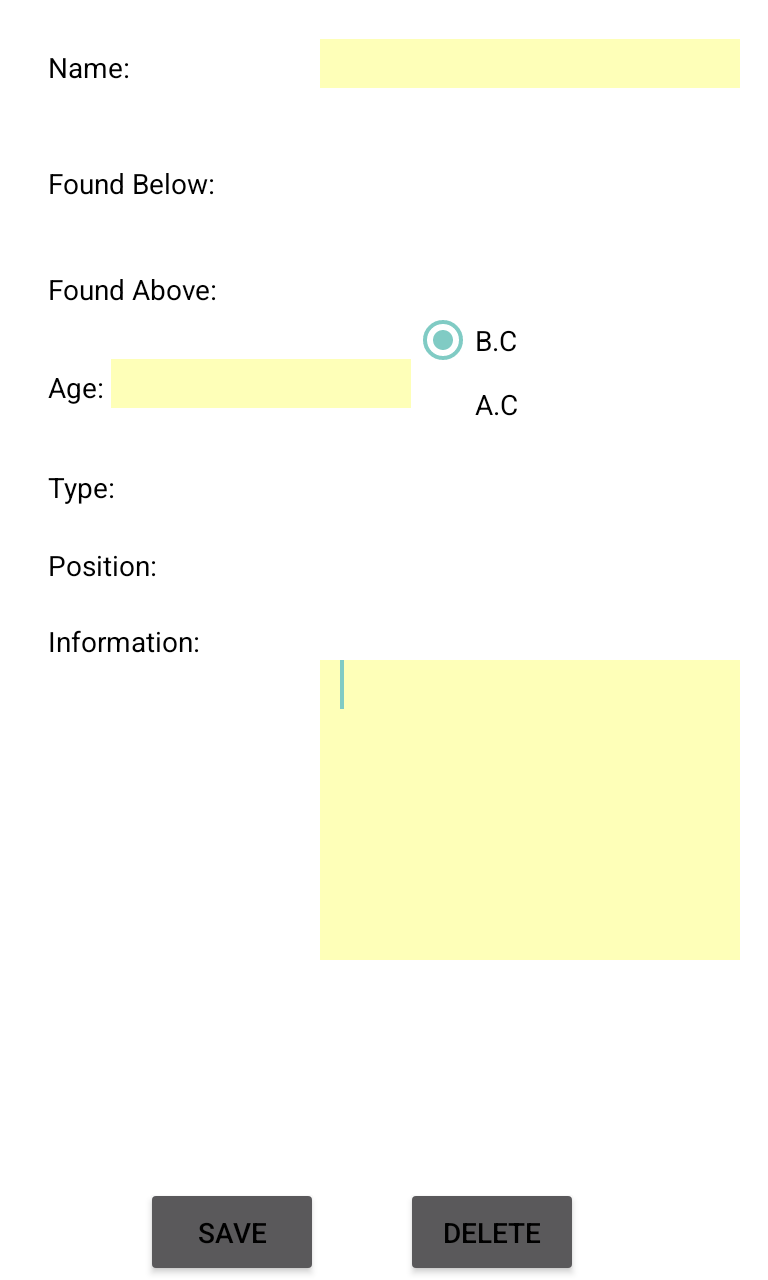
Repository: qfornaguera/AppQuelogy
Layout: AppQueology/res/layout/activity_artifact.xml
These files come from the project's save history. The layout is drawn as it stood at one moment and after the next save; the edit follows.
It is drawn on a 768 x 1280 px phone screen (xhdpi) without system bars, with theme Theme.AppCompat; the app's code is not run.

Above is the layout before, as saved 2014-05-26 21:30:58.

After the next save:
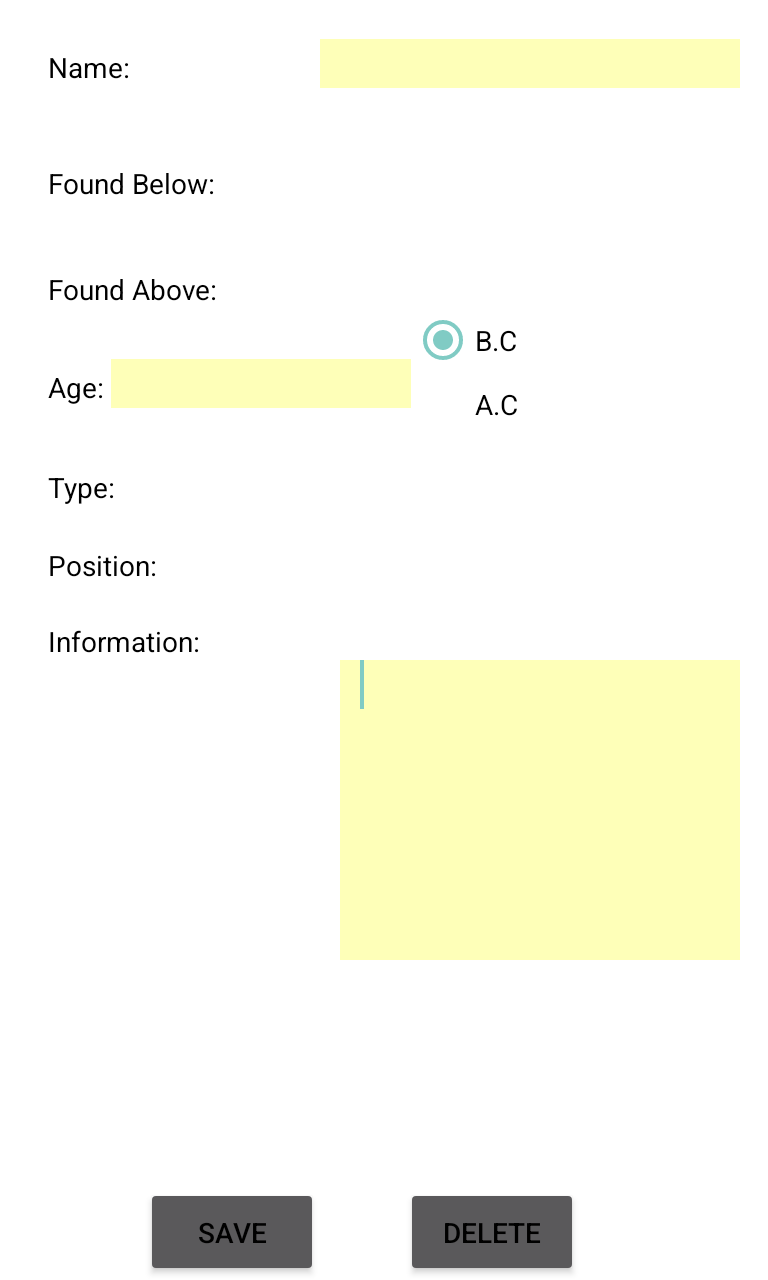
Saved 100 s later.
--- a/AppQueology/res/layout/activity_artifact.xml
+++ b/AppQueology/res/layout/activity_artifact.xml
@@ -184,7 +184,7 @@
 
 		    <EditText
 		        android:id="@+id/editText3"
-		        android:layout_width="wrap_content"
+		        android:layout_width="200dp"
 		        android:layout_height="150dp"
 		        android:layout_alignRight="@+id/textView8"
 		        android:layout_below="@+id/textView9"
